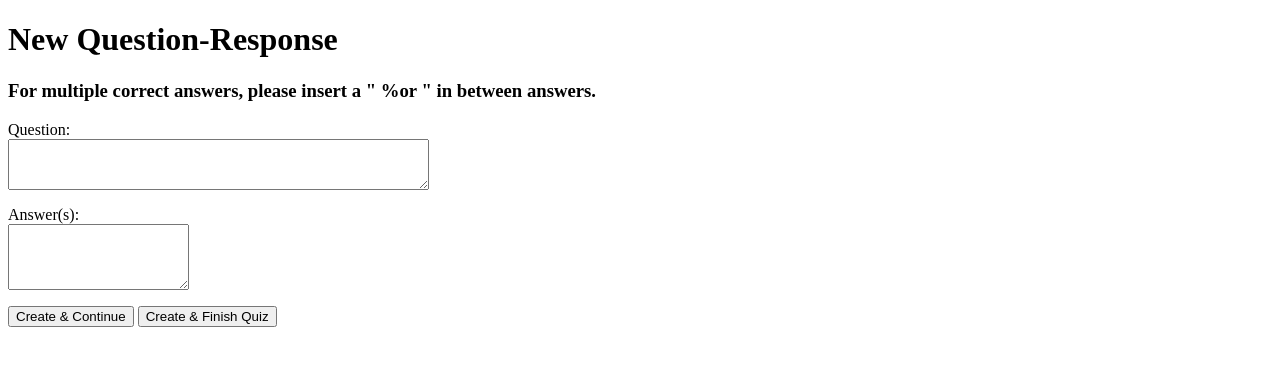
Repository: sarahhtn/CS108_final_project
Page: QuizWebsite/WebContent/CreateQR.html
The author's editor kept a copy of each file at every save. The page is drawn from the files as they stood at one save, then again after a run of saves.
The browser window is 1280 px wide. The pictures show the whole page.

Above is the page before, as saved 2013-11-16 21:38:50.

### QuizWebsite/WebContent/CreateQR.html
<!DOCTYPE html PUBLIC "-//W3C//DTD HTML 4.01 Transitional//EN" "http://www.w3.org/TR/html4/loose.dtd">
<html>
<head>
<meta http-equiv="Content-Type" content="text/html; charset=UTF-8">
<title>Create a New Question-Response</title>
</head>
<body>
<h1>New Question-Response</h1>
<h3>For multiple correct answers, please insert a " %or " in between answers.</h3>

<form action="QRServlet" method="post">
<p>Question: <br> <textarea rows = "3" cols = "50" name="question"></textarea> </p>
<p>Answer(s): <br> <textarea rows = "4" cols = "20" name="answer"></textarea> </p>
<input type="submit" value="Create & Continue"/>
<input type="submit" value="Create & Finish Quiz"/>
</form>

</body>
</html>

After the next 2 saves:
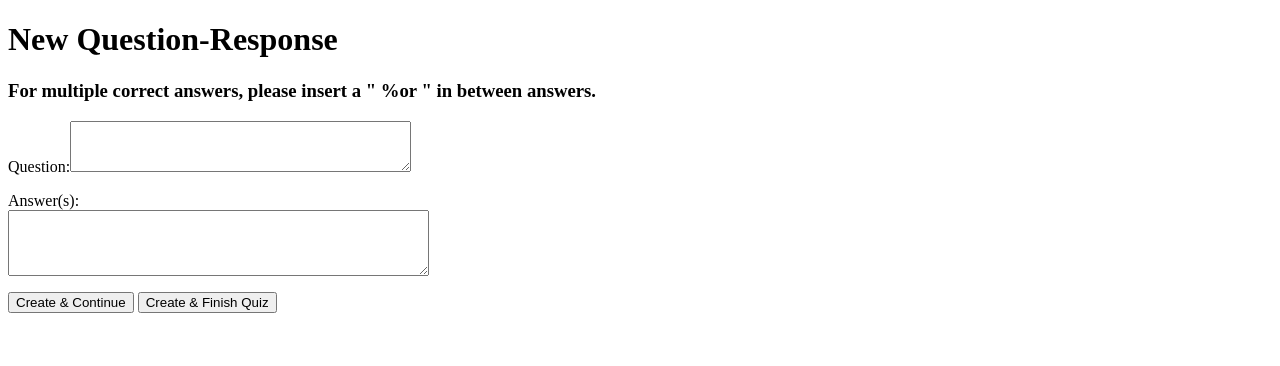
The 2 saves are shown as one change because they came seconds apart.
The last was saved 13 s later.
--- a/QuizWebsite/WebContent/CreateQR.html
+++ b/QuizWebsite/WebContent/CreateQR.html
@@ -9,8 +9,8 @@
 <h3>For multiple correct answers, please insert a " %or " in between answers.</h3>
 
 <form action="QRServlet" method="post">
-<p>Question: <br> <textarea rows = "3" cols = "50" name="question"></textarea> </p>
-<p>Answer(s): <br> <textarea rows = "4" cols = "20" name="answer"></textarea> </p>
+<p>Question:<textarea rows = "3" cols = "40" name="question"></textarea> </p>
+<p>Answer(s): <br> <textarea rows = "4" cols = "50" name="answer"></textarea> </p>
 <input type="submit" value="Create & Continue"/>
 <input type="submit" value="Create & Finish Quiz"/>
 </form>
